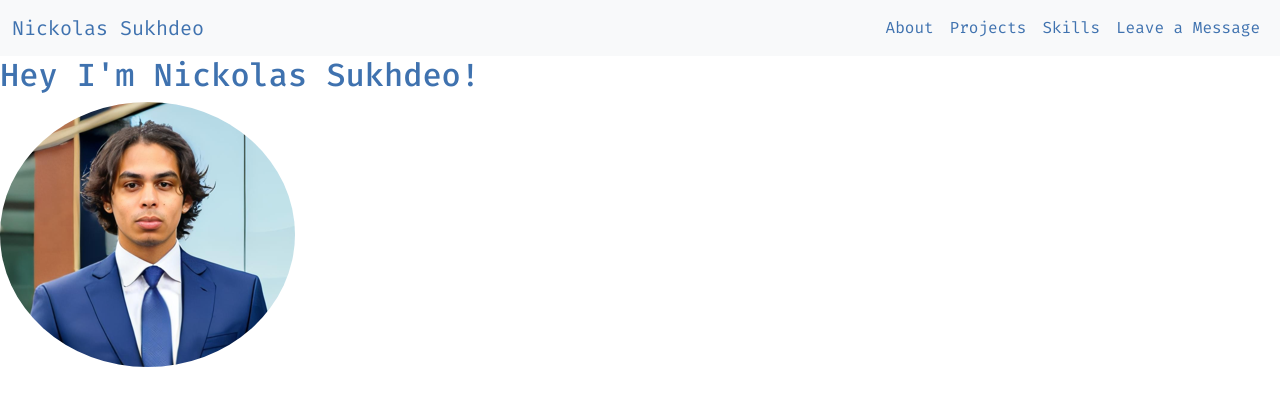
Repository: nlsukhde/porfolio
Page: index.html
An editor plug-in stored every save of this project. The page is shown before and after the next save, followed by the edit.
The browser window is 1280 px wide. The pictures show the whole page.

Above is the page before, as saved 2025-06-19 17:38:42.

After the next save:
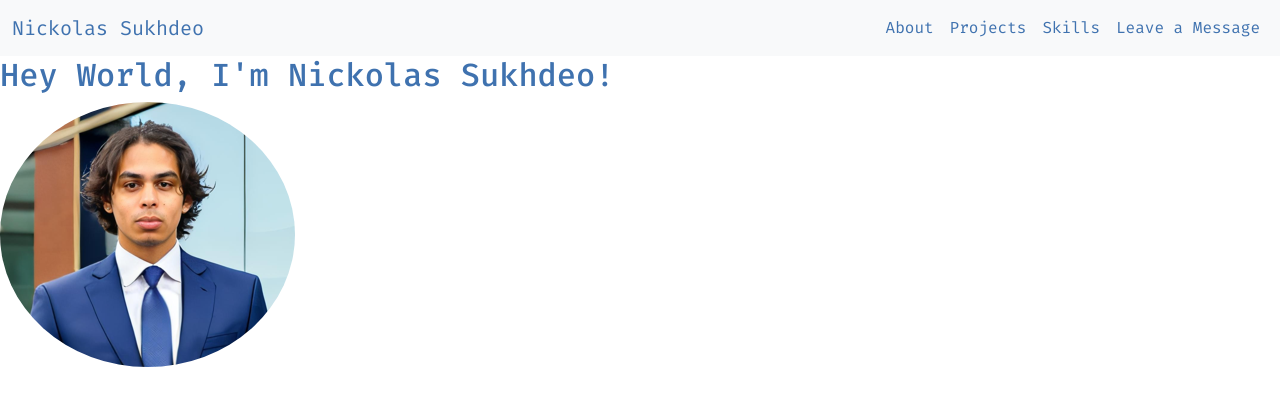
Saved 3 min 9 s later.
--- a/index.html
+++ b/index.html
@@ -46,8 +46,9 @@
   </div>
 </nav>
 
+<section id= "about-section"> </section>
 
-<h2>Hey I'm Nickolas Sukhdeo!</h2>
+<h2>Hey World, I'm Nickolas Sukhdeo!</h2>
 <img src="headshot.png" alt="headshot" />
 
 </body>
